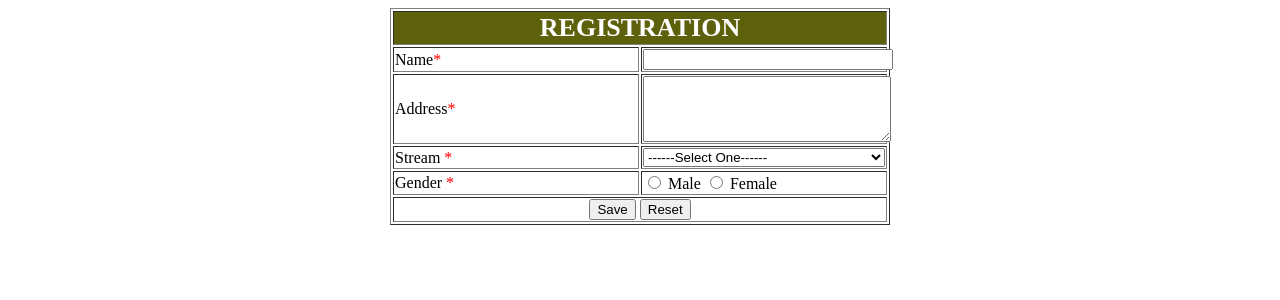
Repository: nsbgit/JavaTutorial
Page: http://localhost/Proj/
The author's editor kept a copy of each file at every save. The page is drawn from the files as they stood at one save, then again after the next save.
The browser window is 1280 px wide. The pictures show the whole page.
The page is served by Tomcat 9.

Above is the page before, as saved 2013-09-29 08:35:34.

After the next save:
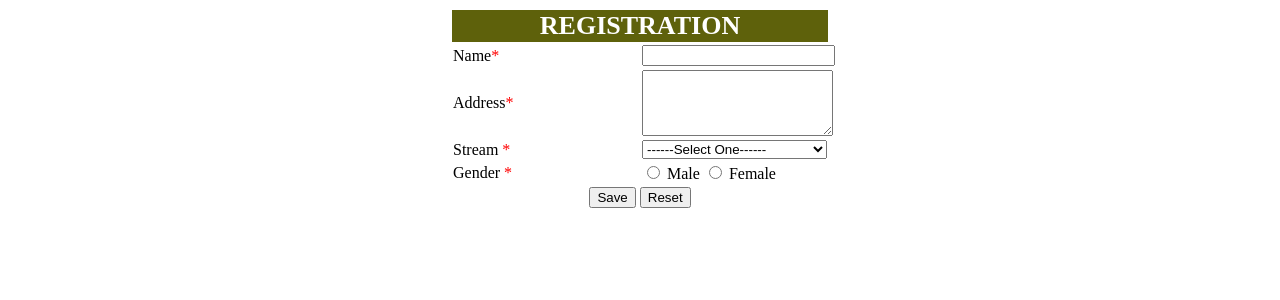
Saved 17 s later.
--- a/Webel/IDE/2013-09-29/TheSukanta/Proj/WebContent/first.jsp
+++ b/Webel/IDE/2013-09-29/TheSukanta/Proj/WebContent/first.jsp
@@ -18,7 +18,7 @@
 </style>
 </head>
 <body>
-	<table border="1" width="500px" align="center">
+	<table align="center">
 		<tr>
 			<td align="center" colspan="2" class="hd"> REGISTRATION  </td>
 		</tr>
